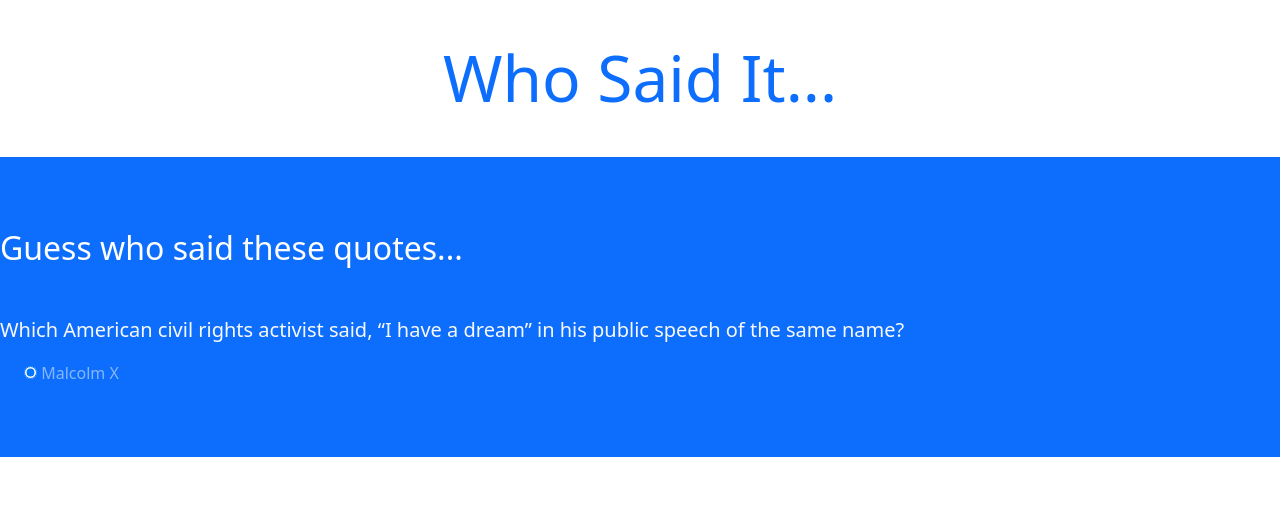
Repository: julihocc/Presentation-02-Forms-with-vanilla-JS
Page: index.html
The author's editor kept a copy of each file at every save. The page is drawn from the files as they stood at one save, then again after the next save.
The browser window is 1280 px wide. The pictures show the whole page.

Above is the page before, as saved 2022-09-27 13:45:12.

After the next save:
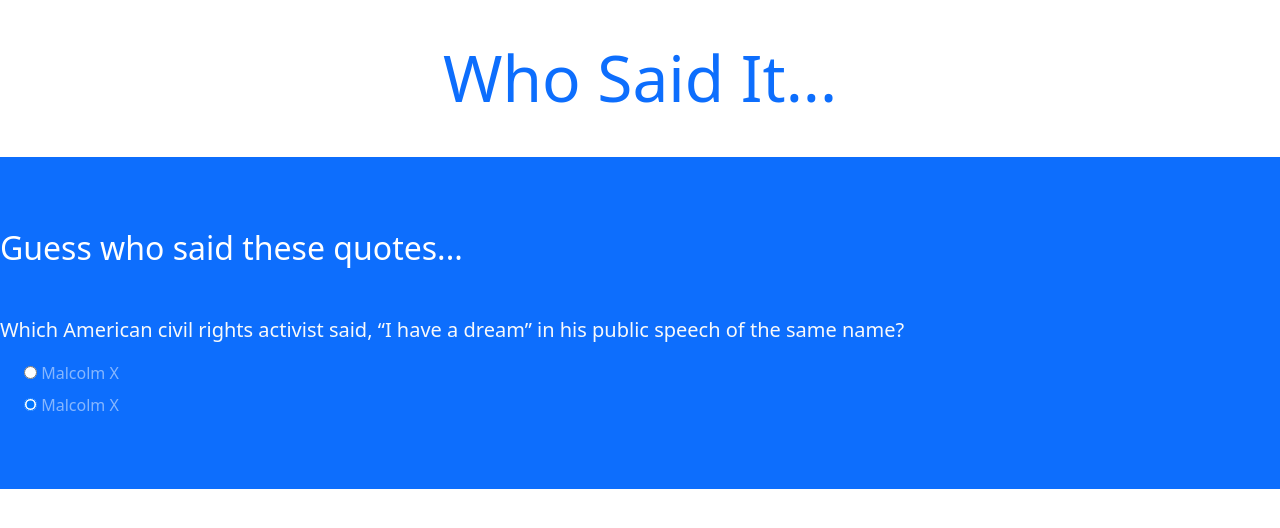
Saved 6 s later.
--- a/index.html
+++ b/index.html
@@ -50,6 +50,12 @@
                         </label>
                     </div>
                     <!-- step 1.9 second option to quesition 2 -->
+                    <div class="form-check my-2 text-white-50">
+                        <input type="radio" name="q1" value="A" checked>
+                        <label class="form-check-label">
+                            Malcolm X
+                        </label>
+                    </div>
                 </div>
             </form>
         </div>
